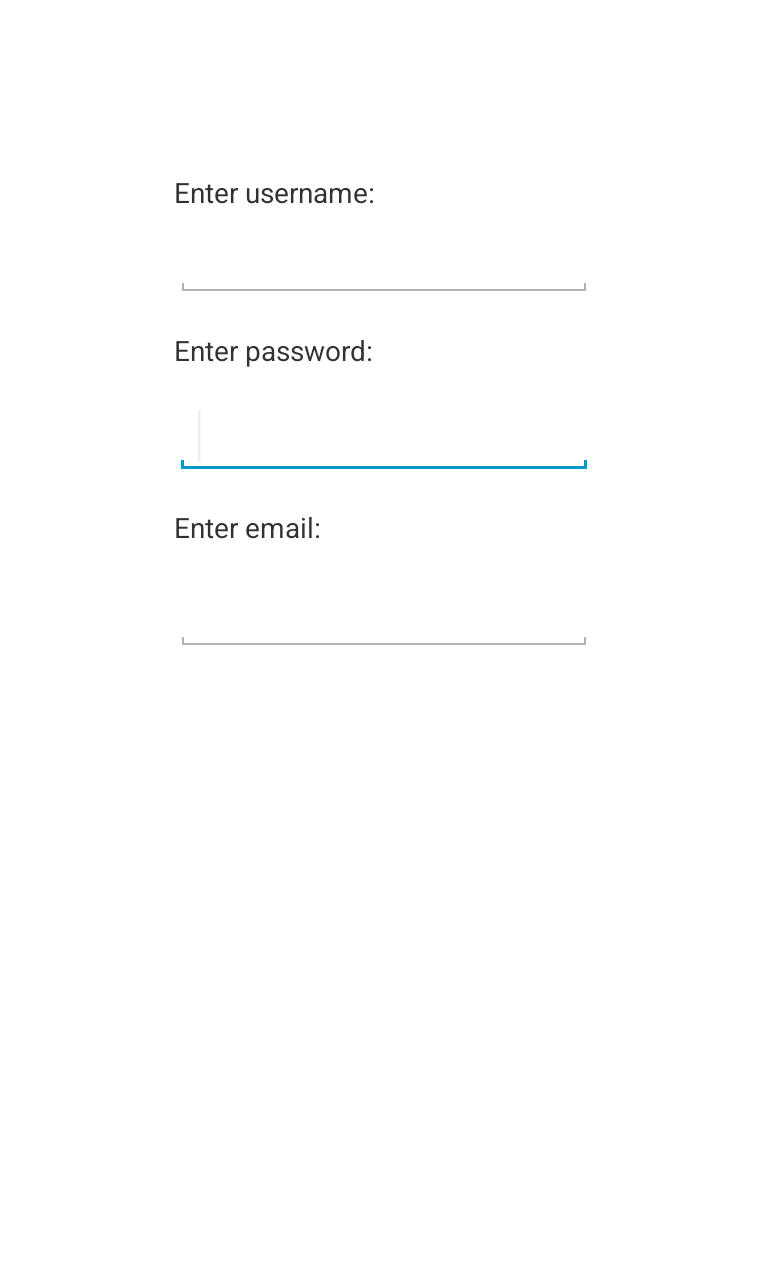
Repository: Codlex/JSMS
Layout: AndroidClient/res/layout/register_layout.xml
The author's editor kept a copy of each file at every save. The layout is drawn from the files as they stood at one save, then again after the next save.
It is drawn on a 768 x 1280 px phone screen (xhdpi) without system bars, with theme AppTheme; the app's code is not run.

Above is the layout before, as saved 2013-01-04 15:12:42.

### AndroidClient/res/layout/register_layout.xml
<?xml version="1.0" encoding="utf-8"?>
<RelativeLayout xmlns:android="http://schemas.android.com/apk/res/android"
    android:id="@+id/RelativeLayout1"
    android:layout_width="match_parent"
    android:layout_height="match_parent"
    android:orientation="vertical" >

    <TextView
        android:id="@+id/text1"
        android:layout_width="wrap_content"
        android:layout_height="wrap_content"
        android:layout_alignBottom="@+id/username"
        android:layout_alignLeft="@+id/username"
        android:layout_alignRight="@+id/username"
   		android:text="@string/username"
        android:layout_marginBottom="44dp" />

    <TextView
        android:id="@+id/text2"
        android:layout_width="wrap_content"
        android:layout_height="wrap_content"
        android:layout_alignLeft="@+id/username"
        android:layout_below="@+id/text1"
        android:layout_marginTop="16dp"
        android:text="@string/password" />

    <EditText
        android:id="@+id/username"
        android:layout_width="wrap_content"
        android:layout_height="wrap_content"
        android:layout_alignParentTop="true"
        android:layout_centerHorizontal="true"
        android:layout_marginTop="110dp"
        android:ems="10"
        android:inputType="textPersonName" />

    <EditText
        android:id="@+id/password"
        android:layout_width="wrap_content"
        android:layout_height="wrap_content"
        android:layout_alignLeft="@+id/text2"
        android:layout_below="@+id/text2"
        android:layout_marginTop="14dp"
        android:ems="10"
        android:inputType="textPassword" >

        <requestFocus />
    </EditText>

    <TextView
        android:id="@+id/text3"
        android:layout_width="wrap_content"
        android:layout_height="wrap_content"
        android:layout_alignLeft="@+id/password"
        android:layout_below="@+id/password"
        android:layout_marginTop="16dp"
        android:text="@string/email" />

    <EditText
        android:id="@+id/EditText01"
        android:layout_width="wrap_content"
        android:layout_height="wrap_content"
        android:layout_alignLeft="@+id/text3"
        android:layout_below="@+id/text3"
        android:layout_marginTop="14dp"
        android:ems="10"
        android:inputType="textEmailAddress" />

</RelativeLayout>

### AndroidClient/res/values/strings.xml
<?xml version="1.0" encoding="utf-8"?>
<resources>

    <string name="app_name">AndroidClient</string>
    <string name="hello_world">Hello world!</string>
    <string name="menu_settings">Settings</string>
    <string name="username">Enter username:</string>
    <string name="password">Enter password:</string>
    <string name="email">Enter email:</string>
    <string name="login">Login</string>
    <string name="register">Register</string>
	<string name="create_account">Create account</string>

</resources>

Loaded but not shown: AndroidClient/res/values/styles.xml (common file); AndroidClient/res/values-v11/styles.xml (common file); AndroidClient/res/values-v14/styles.xml (common file)

After the next save:
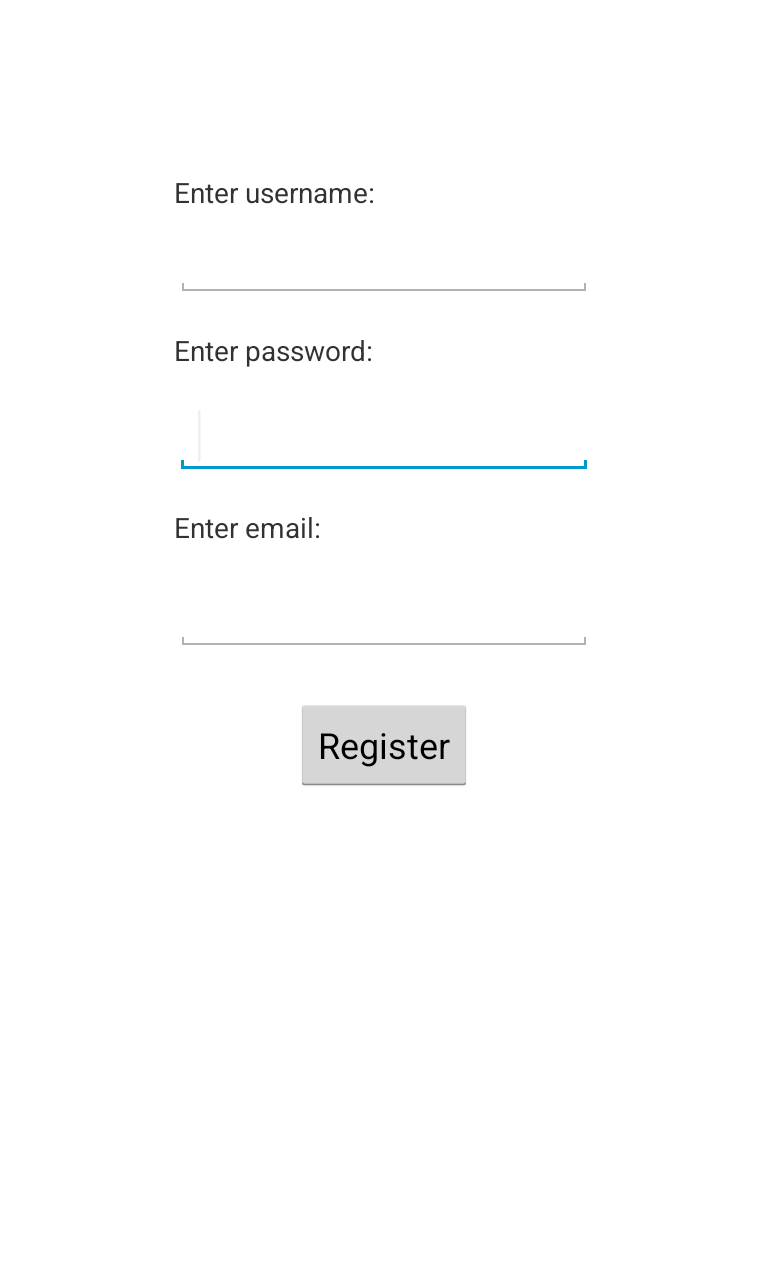
Saved 25 s later.
--- a/AndroidClient/res/layout/register_layout.xml
+++ b/AndroidClient/res/layout/register_layout.xml
@@ -66,4 +66,13 @@
         android:ems="10"
         android:inputType="textEmailAddress" />
 
+    <Button
+        android:id="@+id/button1"
+        android:layout_width="wrap_content"
+        android:layout_height="wrap_content"
+        android:layout_below="@+id/EditText01"
+        android:layout_centerHorizontal="true"
+        android:layout_marginTop="22dp"
+        android:text="@string/register" />
+
 </RelativeLayout>
